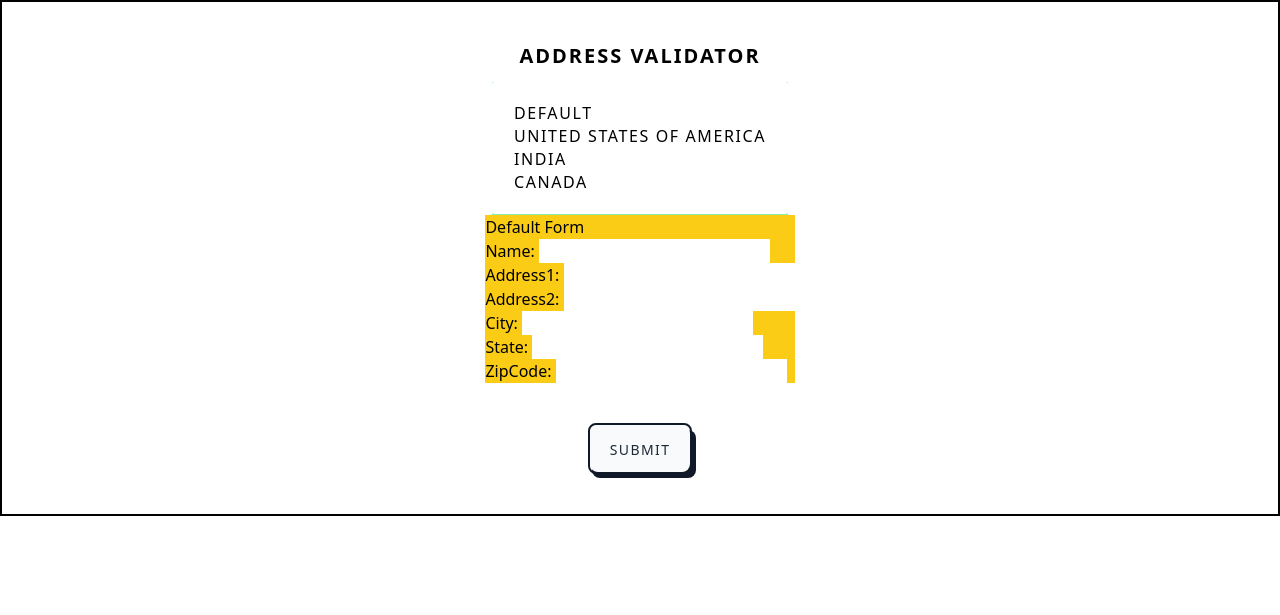
Repository: jay-singhvi/SWArchDesign_TeamProject
Page: / (app in frontend/address-validation/)
An editor plug-in stored every save of this project. The page is shown before and after the next save, followed by the edit.
The browser window is 1280 px wide. The pictures show the whole page.
The project was rebuilt for these pictures with package versions that can differ from the ones it lists, and the page was loaded fresh each time. Also part of the build but not shown: frontend/address-validation/src/App.css.

Above is the page before, as saved 2023-03-07 14:57:20.

### frontend/address-validation/src/App.js
import "./App.css";
import React, { useState, setState } from "react";
import USA from "./assets/usa.png";
import CND from "./assets/canada.png";
import IND from "./assets/india.png";

// React component for creating and sending POST request
function App() {
  // variables to handle the Request and Response
  const [countryList, setCountryList] = useState("");
  const [formData, setFormData] = useState(null);
  const [responseData, setResponseData] = useState(null);

  // Set of Counries under consideration
  const countries = [
    { name: "Default" },
    { name: "United States of America" },
    { name: "India" },
    { name: "Canada" },
  ];

  // Function to render form based on Countries
  function renderForm() {
    if (countryList.length === 1) {
      console.log(countryList);
      if (countryList.includes("United States of America"))
        return <USAForm setFormData={setFormData} />;
      else if (countryList.includes("India"))
        return <IndiaForm setFormData={setFormData} />;
      else if (countryList.includes("Canada"))
        return <CanadaForm setFormData={setFormData} />;
      else return <DefaultForm setFormData={setFormData} />;
    }
    // Renders form for multiple selected countries
    else {
      return <DefaultForm setFormData={setFormData} />;
    }
  }

  // Handles selected country and set ths
  function handleSelectedCountry(event) {
    const selectedOptions = Array.from(event.target.selectedOptions);
    const selectedValues = selectedOptions.map((option) => option.value);
    setCountryList(selectedValues);
  }

  // Finds address based on the form data
  async function findAddress(event) {
    event.preventDefault();

    // If only one country is selected
    if (countryList.length === 1) {
      //If selected country id default then send country field empty in JSON request
      if (countryList[0] === "Default") {
        countryList[0] = "";
      }
      const updatedFormData = { ...formData, Country: countryList[0] };

      // If form data has Name attribute then search based on name and country
      if (formData !== null && formData.Name !== null) {
        try {
          const response = await fetch(
            "http://localhost:5000/api/searchCountriesByClient",
            {
              method: "POST",
              headers: {
                "Content-Type": "application/json",
              },
              body: JSON.stringify(updatedFormData),
            }
          );

          const data = await response.json();
          setResponseData(data);
        } catch (error) {
          console.error(error);
          setResponseData({ error: "An error occurred" });
        }
      }

      //If name is not mentioned then populate all addresses for that country based on JSON request
      else {
        try {
          const response = await fetch(
            "http://localhost:5000/api/searchCountry",
            {
              method: "POST",
              headers: {
                "Content-Type": "application/json",
              },
              body: JSON.stringify(updatedFormData),
            }
          );

          const data = await response.json();
          setResponseData(data);
        } catch (error) {
          console.error(error);
          setResponseData({ error: "An error occurred" });
        }
      }
    }
    //If more one country is selected then send the list of countries with JSON request
    else if (countryList.length > 1) {
      const updatedFormData = { ...formData, Country: countryList };

      try {
        const response = await fetch(
          "http://localhost:5000//api/searchCountries",
          {
            method: "POST",
            headers: {
              "Content-Type": "application/json",
            },
            body: JSON.stringify(updatedFormData),
          }
        );

        const data = await response.json();
        setResponseData(data);
      } catch (error) {
        console.error(error);
        setResponseData({ error: "An error occurred" });
      }
    }
    // If only name is mentioned then look for that name in all countries
    else if (formData !== null && formData.Name !== null) {
      try {
        const response = await fetch(
          "http://localhost:5000/api/searchCountriesByClient",
          {
            method: "POST",
            headers: {
              "Content-Type": "application/json",
            },
            body: JSON.stringify(formData),
          }
        );

        const data = await response.json();
        setResponseData(data);
      } catch (error) {
        console.error(error);
        setResponseData({ error: "An error occurred" });
      }
    }
    setFormData({});
  }

  // Give all the options of countries to user for selection
  return (
    <div className=" items-center justify-between min-h-screen  ">
      <div className="  py-10 flex flex-col items-center border-2 border-black">
        <h1 className=" uppercase tracking-widest font-bold text-xl">
          Address Validator
        </h1>
        <div className=" bg-green-300 mt-3">
          <select className=" p-5" multiple value={countryList} onChange={handleSelectedCountry}>
            {countries.map((country) => (
              <option className=" cursor-pointer uppercase tracking-widest" key={country.name} value={country.name}>
                {country.name}
              </option>
            ))}
          </select>
        </div>

        {renderForm()}

        {/* <button type="submit" onClick={findAddress}>
          Submit
        </button> */}
        <a href="#_" class="relative inline-block text-lg group mt-10">
          <span class="relative z-10 block px-5 py-3 overflow-hidden font-medium leading-tight text-gray-800 transition-colors duration-300 ease-out border-2 border-gray-900 rounded-lg group-hover:text-white">
            <span class="absolute inset-0 w-full h-full px-5 py-3 rounded-lg bg-gray-50"></span>
            <span class="absolute left-0 w-48 h-48 -ml-2 transition-all duration-300 origin-top-right -rotate-90 -translate-x-full translate-y-12 bg-gray-900 group-hover:-rotate-180 ease"></span>
            <button
              type="submit"
              onClick={findAddress}
              className=" relative uppercase tracking-widest text-sm"
            >
              Submit
            </button>
          </span>
          <span
            class="absolute bottom-0 right-0 w-full h-12 -mb-1 -mr-1 transition-all duration-200 ease-linear bg-gray-900 rounded-lg group-hover:mb-0 group-hover:mr-0"
            data-rounded="rounded-lg"
          ></span>
        </a>

        {responseData && (
          <div>
            <h2>Post Result:</h2>
            <pre>{JSON.stringify(responseData, null, 2)}</pre>
          </div>
        )}
      </div>
    </div>
  );
}

// React component to render USA specific form
function USAForm({ setFormData }) {
  const [formValues, setFormValues] = useState({});
  function updateForm(event) {
    setFormValues({
      ...formValues,
      [event.target.name]: event.target.value,
    });
    setFormData({
      ...formValues,
      [event.target.name]: event.target.value,
    });
  }

  return (
    <div className=" bg-gradient-to-b from-blue-400 to-red-500 items-center mt-10 px-10 py-5 min-w-fit">
      <div>
        <form>
          <div className=" flex items-center justify-center space-x-2">
            <img src={USA} className=" h-8 w-8 rounded-full" />
            <h2 className=" uppercase tracking-wider font-medium">
              United States Form
            </h2>
          </div>

          <div className=" mt-2 space-y-3">
            <div className="w-full px-3 mb-3">
              <label
                className="block uppercase tracking-wide text-black text-xs font-bold mb-2"
                for="grid-first-name"
              >
                Full Name
              </label>
              <input
                onChange={updateForm}
                className="appearance-none block w-full bg-gray-200 text-gray-700 border rounded w-1/2 py-2 px-4 mb-3 leading-tight focus:outline-none focus:bg-white"
                type="text"
                placeholder="Full Name"
              />
            </div>

            {/* address 01 02 */}
            <div className=" flex">
              <div className=" w-full px-3 mb-3">
                <label className=" block uppercase tracking-wide text-black text-xs font-bold mb-2">
                  Address 01
                </label>
                <input
                  onChange={updateForm}
                  className=" appearance-none block w-full bg-gray-200 text-gray-700 border border-gray-200 rounded py-2 px-4 leading-tight focus:outline-none focus:bg-white focus:border-gray-500"
                  type="text"
                  placeholder="Address Line 01"
                />
              </div>
              <div className=" w-full px-3 mb-3">
                <label className=" block uppercase tracking-wide text-black text-xs font-bold mb-2">
                  Address 02
                </label>
                <input
                  onChange={updateForm}
                  className=" appearance-none block w-full bg-gray-200 text-gray-700 border border-gray-200 rounded py-2 px-4 leading-tight focus:outline-none focus:bg-white focus:border-gray-500"
                  type="text"
                  placeholder="Address Line 02"
                />
              </div>
            </div>
            {/* city state and zip */}
            <div className=" flex">
              <div className=" w-full px-3 mb-3">
                <label className=" block uppercase tracking-wide text-black text-xs font-bold mb-2">
                  City
                </label>
                <input
                  onChange={updateForm}
                  className=" appearance-none block w-full bg-gray-200 text-gray-700 border border-gray-200 rounded py-2 px-4 leading-tight focus:outline-none focus:bg-white focus:border-gray-500"
                  type="text"
                  name="City"
                  placeholder="City"
                />
              </div>
              <div className=" w-full px-3 mb-3">
                <label className=" block uppercase tracking-wide text-black text-xs font-bold mb-2">
                 State
                </label>
                <input
                  onChange={updateForm}
                  className=" appearance-none block w-full bg-gray-200 text-gray-700 border border-gray-200 rounded py-2 px-4 leading-tight focus:outline-none focus:bg-white focus:border-gray-500"
                  type="text"
                  name="State"
                  placeholder="State"
                />
              </div>
              <div className=" w-full px-3 mb-3">
                <label className=" block uppercase tracking-wide text-black text-xs font-bold mb-2">
                 Zip Code
                </label>
                <input
                  onChange={updateForm}
                  className=" appearance-none block w-full bg-gray-200 text-gray-700 border border-gray-200 rounded py-2 px-4 leading-tight focus:outline-none focus:bg-white focus:border-gray-500"
                  type="text"
                  name="Zipcode"
                  placeholder="Zip Code"
                />
              </div>
            </div>

             {/* Name: <input type="text" name="Name" onChange={updateForm} />
            <br /> */}
            {/* Address1:{" "}
            <input type="text" name="Address1" onChange={updateForm} />
            <br /> */}
            {/* Address2:{" "}
            <input type="text" name="Address2" onChange={updateForm} />
            <br /> */}
            {/* City: <input type="text" name="City" onChange={updateForm} />
            <br />
            State: <input type="text" name="State" onChange={updateForm} />
            <br />
            ZipCode: <input type="text" name="Zipcode" onChange={updateForm} />
            <br /> */}
          </div>
        </form>
      </div>
    </div>
  );
}

// React component to render Canada specific form
function CanadaForm({ setFormData }) {
  const [formValues, setFormValues] = useState({});
  function updateForm(event) {
    setFormValues({
      ...formValues,
      [event.target.name]: event.target.value,
    });
    setFormData({
      ...formValues,
      [event.target.name]: event.target.value,
    });
  }

  return (
    <div className="bg-gradient-to-b from-white to-red-500 items-center mt-10 px-10 py-5">
      <div>
        <form>
          <div className=" flex items-center justify-center space-x-2">
            <img src={CND} className=" h-8 w-8 rounded-full" />
            <h2 className=" uppercase tracking-wider font-medium">
              Canada Form
            </h2>
          </div>
          Name: <input type="text" name="Name" onChange={updateForm} />
          <br />
          Address1: <input type="text" name="Address1" onChange={updateForm} />
          <br />
          Address2: <input type="text" name="Address2" onChange={updateForm} />
          <br />
          City: <input type="text" name="City" onChange={updateForm} />
          <br />
          Province: <input type="text" name="State" onChange={updateForm} />
          <br />
          Postalcode: <input type="text" name="ZipCode" onChange={updateForm} />
        </form>
      </div>
    </div>
  );
}

// React component to render India specific form
function IndiaForm({ setFormData }) {
  const [formValues, setFormValues] = useState({});
  function updateForm(event) {
    setFormValues({
      ...formValues,
      [event.target.name]: event.target.value,
    });
    setFormData({
      ...formValues,
      [event.target.name]: event.target.value,
    });
  }

  return (
    <div className=" bg-gradient-to-b from-orange-400 to-green-500 items-center mt-10 px-10 py-5">
      <div>
        <form>
          <div className=" flex items-center justify-center space-x-2">
            <img src={IND} className=" h-8 w-8 rounded-full" />
            <h2 className=" uppercase tracking-wider font-medium">
              India Form
            </h2>
          </div>
          Name: <input type="text" name="Name" onChange={updateForm} />
          <br />
          Street Address:{" "}
          <input type="text" name="Address1" onChange={updateForm} />
          <br />
          Address2: <input type="text" name="Address2" onChange={updateForm} />
          <br />
          City: <input type="text" name="City" onChange={updateForm} />
          <br />
          State: <input type="text" name="State" onChange={updateForm} />
          <br />
          Pincode: <input type="text" name="ZipCode" onChange={updateForm} />
          <br />
        </form>
      </div>
    </div>
  );
}

// React component to render default form
function DefaultForm({ setFormData }) {
  const [formValues, setFormValues] = useState({});
  function updateForm(event) {
    setFormValues({
      ...formValues,
      [event.target.name]: event.target.value,
    });
    setFormData({
      ...formValues,
      [event.target.name]: event.target.value,
    });
  }

  return (
    <div className="  bg-yellow-400">
      <h2>Default Form</h2>
      Name: <input type="text" name="Name" onChange={updateForm} />
      <br />
      Address1: <input type="text" name="Address1" onChange={updateForm} />
      <br />
      Address2: <input type="text" name="Address2" onChange={updateForm} />
      <br />
      City: <input type="text" name="City" onChange={updateForm} />
      <br />
      State: <input type="text" name="State" onChange={updateForm} />
      <br />
      ZipCode: <input type="text" name="Zipcode" onChange={updateForm} />
      <br />
    </div>
  );
}

export default App;

Loaded but not shown: frontend/address-validation/public/index.html (common file); frontend/address-validation/src/index.js (common file); frontend/address-validation/src/index.css (common file); frontend/address-validation/src/reportWebVitals.js (common file); frontend/address-validation/tailwind.config.js (common file)

After the next save:
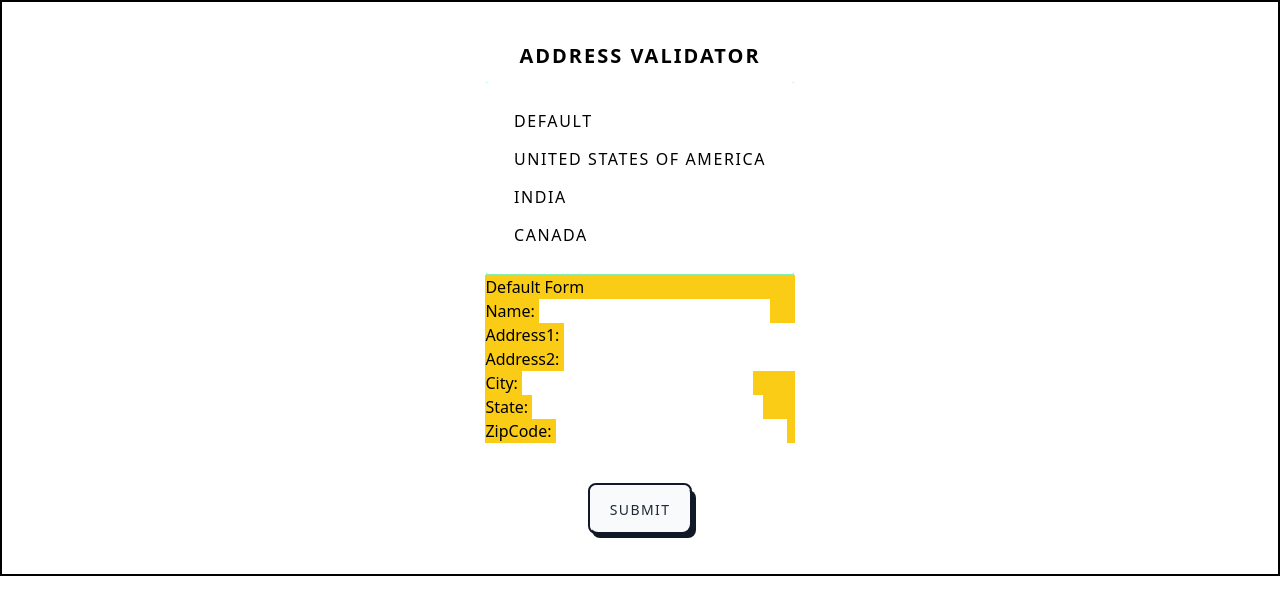
Saved 14 s later.
--- a/frontend/address-validation/src/App.js
+++ b/frontend/address-validation/src/App.js
@@ -157,7 +157,7 @@ function App() {
         <div className=" bg-green-300 mt-3">
           <select className=" p-5" multiple value={countryList} onChange={handleSelectedCountry}>
             {countries.map((country) => (
-              <option className=" cursor-pointer uppercase tracking-widest" key={country.name} value={country.name}>
+              <option className=" cursor-pointer uppercase tracking-widest p-2" key={country.name} value={country.name}>
                 {country.name}
               </option>
             ))}
